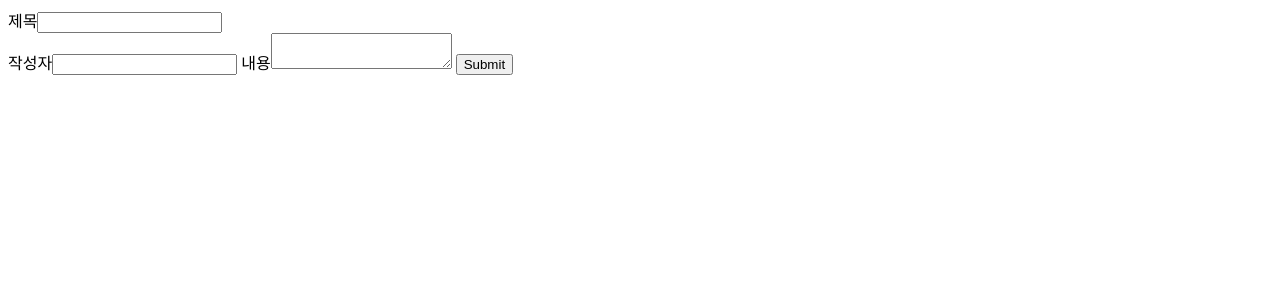
Repository: nohchanghwan/Java_study
Page: http://localhost/java_day07_0724_frameworkWEB/form.jsp
These files come from the project's save history. The page is drawn as it stood at one moment and after the next save; the edit follows.
The browser window is 1280 px wide. The pictures show the whole page.
The page is served by Tomcat 9. Other server files are loaded and not shown.

Above is the page before, as saved 2017-07-25 02:05:24.

### java_day07_0724_frameworkWEB/webapp/form.jsp
<%@ page language="java" contentType="text/html; charset=EUC-KR"
    pageEncoding="EUC-KR"%>
<!DOCTYPE html PUBLIC "-//W3C//DTD HTML 4.01 Transitional//EN" "http://www.w3.org/TR/html4/loose.dtd">
<html>
<head>
<meta http-equiv="Content-Type" content="text/html; charset=EUC-KR">
<title>Insert title here</title>
</head>
<body>
	<form action="">
	제목<input type="text" name="title">
	<br/>
	작성자<input type="text" name="writer">
	내용<textarea name="content"></textarea>
	<input type="submit" name="value">
	</form>
</body>
</html>

After the next save:
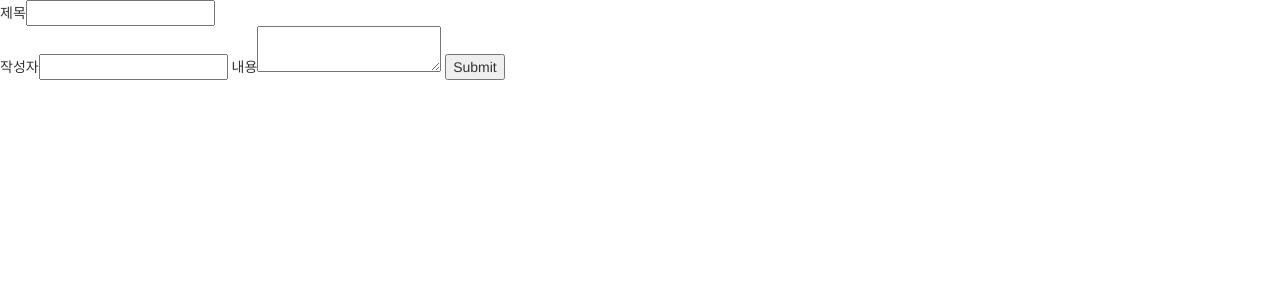
Console error (its wording comes from the project's code and is left out).
Saved 23 s later.
--- a/java_day07_0724_frameworkWEB/webapp/form.jsp
+++ b/java_day07_0724_frameworkWEB/webapp/form.jsp
@@ -3,6 +3,10 @@
 <!DOCTYPE html PUBLIC "-//W3C//DTD HTML 4.01 Transitional//EN" "http://www.w3.org/TR/html4/loose.dtd">
 <html>
 <head>
+<link rel="stylesheet" href="https://maxcdn.bootstrapcdn.com/bootstrap/3.3.2/css/bootstrap.min.css">
+<link rel="stylesheet" href="https://maxcdn.bootstrapcdn.com/bootstrap/3.3.2/css/bootstrap-theme.min.css">
+<script src="https://maxcdn.bootstrapcdn.com/bootstrap/3.3.2/js/bootstrap.min.js"></script>
+<meta http-equiv="Content-Type" content="text/html; charset=EUC-KR">
 <meta http-equiv="Content-Type" content="text/html; charset=EUC-KR">
 <title>Insert title here</title>
 </head>

After the 3 saves that followed:
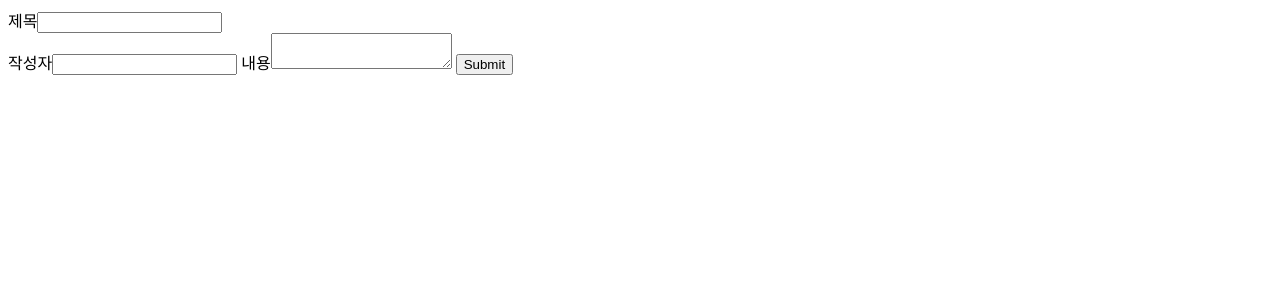
The 3 saves are shown as one change because 2 left the picture as it was.
The last was saved 87 s later.
--- a/java_day07_0724_frameworkWEB/webapp/form.jsp
+++ b/java_day07_0724_frameworkWEB/webapp/form.jsp
@@ -3,7 +3,6 @@
 <!DOCTYPE html PUBLIC "-//W3C//DTD HTML 4.01 Transitional//EN" "http://www.w3.org/TR/html4/loose.dtd">
 <html>
 <head>
-<link rel="stylesheet" href="https://maxcdn.bootstrapcdn.com/bootstrap/3.3.2/css/bootstrap.min.css">
 <link rel="stylesheet" href="https://maxcdn.bootstrapcdn.com/bootstrap/3.3.2/css/bootstrap-theme.min.css">
 <script src="https://maxcdn.bootstrapcdn.com/bootstrap/3.3.2/js/bootstrap.min.js"></script>
 <meta http-equiv="Content-Type" content="text/html; charset=EUC-KR">
@@ -12,11 +11,13 @@
 </head>
 <body>
 	<form action="">
-	제목<input type="text" name="title">
-	<br/>
-	작성자<input type="text" name="writer">
-	내용<textarea name="content"></textarea>
-	<input type="submit" name="value">
+		<div class="form-group">
+		제목<input type="text" name="title">
+		<br/>
+		작성자<input type="text" name="writer">
+		내용<textarea name="content"></textarea>
+		<input type="submit" name="value">
+	</div>
 	</form>
 </body>
 </html>
